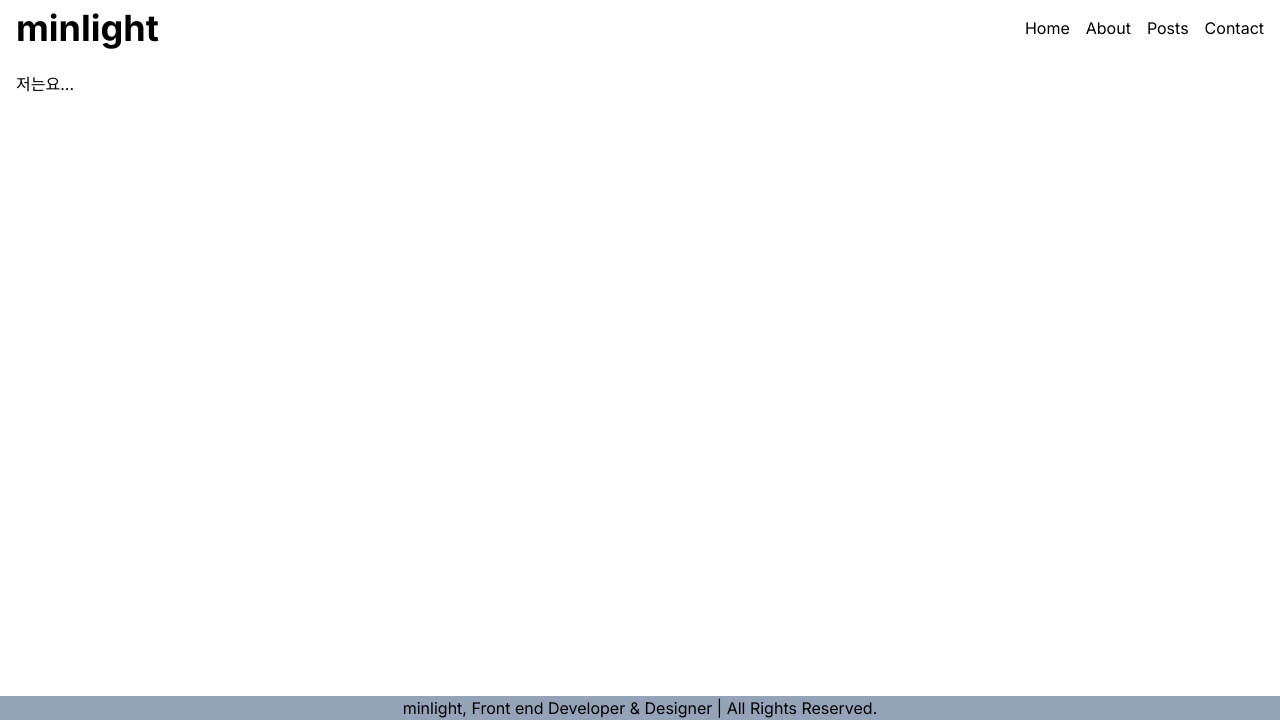
Repository: kwngmin/minlight-blog
Page: /about
These files come from the project's save history. The page is drawn as it stood at one moment and after the next save; the edit follows.
The browser window is 1280 px wide. The pictures show the whole page.
The project was rebuilt for these pictures with package versions that can differ from the ones it lists, and the page was loaded fresh each time. The framework's server and built-in components were replaced by stand-ins that run in the browser. Also part of the build but not shown: next.config.js.

Above is the page before, as saved 2023-03-30 16:46:25.

### src/app/layout.tsx
import Footer from "@/components/Footer";
import "./globals.css";
import { Inter } from "next/font/google";
import Header from "@/components/Header";

const inter = Inter({ subsets: ["latin"] });

export const metadata = {
  title: "Create Next App",
  description: "Generated by create next app",
};

export default function RootLayout({
  children,
}: {
  children: React.ReactNode;
}) {
  return (
    <html lang="en" className={inter.className}>
      <body className="flex flex-col w-full max-w-screen-2xl mx-auto">
        <Header />
        <main className="grow m-4">{children}</main>
        <Footer />
      </body>
    </html>
  );
}

### src/app/about/page.tsx
export default function AboutPage() {
  return <p>저는요...</p>;
}

### src/components/Footer.tsx
export default function Footer() {
  return (
    <p className="bg-slate-400 text-center">
      minlight, Front end Developer & Designer | All Rights Reserved.
    </p>
  );
}

### src/app/globals.css
@tailwind base;
@tailwind components;
@tailwind utilities;

* {
  box-sizing: border-box;
  padding: 0;
  margin: 0;
}

html,
body {
  height: 100vh;
  overflow-y: auto;
}

/*
:root {
  --max-width: 1100px;
  --border-radius: 12px;
  --font-mono: ui-monospace, Menlo, Monaco, "Cascadia Mono", "Segoe UI Mono",
    "Roboto Mono", "Oxygen Mono", "Ubuntu Monospace", "Source Code Pro",
    "Fira Mono", "Droid Sans Mono", "Courier New", monospace;

  --foreground-rgb: 0, 0, 0;
  --background-start-rgb: 214, 219, 220;
  --background-end-rgb: 255, 255, 255;

  --primary-glow: conic-gradient(
    from 180deg at 50% 50%,
    #16abff33 0deg,
    #0885ff33 55deg,
    #54d6ff33 120deg,
    #0071ff33 160deg,
    transparent 360deg
  );
  --secondary-glow: radial-gradient(
    rgba(255, 255, 255, 1),
    rgba(255, 255, 255, 0)
  );

  --tile-start-rgb: 239, 245, 249;
  --tile-end-rgb: 228, 232, 233;
  --tile-border: conic-gradient(
    #00000080,
    #00000040,
    #00000030,
    #00000020,
    #00000010,
    #00000010,
    #00000080
  );

  --callout-rgb: 238, 240, 241;
  --callout-border-rgb: 172, 175, 176;
  --card-rgb: 180, 185, 188;
  --card-border-rgb: 131, 134, 135;
}

@media (prefers-color-scheme: dark) {
  :root {
    --foreground-rgb: 255, 255, 255;
    --background-start-rgb: 0, 0, 0;
    --background-end-rgb: 0, 0, 0;

    --primary-glow: radial-gradient(rgba(1, 65, 255, 0.4), rgba(1, 65, 255, 0));
    --secondary-glow: linear-gradient(
      to bottom right,
      rgba(1, 65, 255, 0),
      rgba(1, 65, 255, 0),
      rgba(1, 65, 255, 0.3)
    );

    --tile-start-rgb: 2, 13, 46;
    --tile-end-rgb: 2, 5, 19;
    --tile-border: conic-gradient(
      #ffffff80,
      #ffffff40,
      #ffffff30,
      #ffffff20,
      #ffffff10,
      #ffffff10,
      #ffffff80
    );

    --callout-rgb: 20, 20, 20;
    --callout-border-rgb: 108, 108, 108;
    --card-rgb: 100, 100, 100;
    --card-border-rgb: 200, 200, 200;
  }
}

* {
  box-sizing: border-box;
  padding: 0;
  margin: 0;
}

html,
body {
  max-width: 100vw;
  overflow-x: hidden;
}

body {
  color: rgb(var(--foreground-rgb));
  background: linear-gradient(
      to bottom,
      transparent,
      rgb(var(--background-end-rgb))
    )
    rgb(var(--background-start-rgb));
}

a {
  color: inherit;
  text-decoration: none;
}

@media (prefers-color-scheme: dark) {
  html {
    color-scheme: dark;
  }
} */

### src/components/Header.tsx
import Link from "next/link";

export default function Header() {
  return (
    <div className="flex justify-between items-center mx-4 my-2">
      <Link href="/">
        <h1 className="text-4xl font-bold">minlight</h1>
      </Link>
      <nav className="flex gap-4">
        <Link href="/">Home</Link>
        <Link href="/about">About</Link>
        <Link href="/posts">Posts</Link>
        <Link href="/contact">Contact</Link>
      </nav>
    </div>
  );
}

Loaded but not shown: tailwind.config.js (common file)

After the next save:
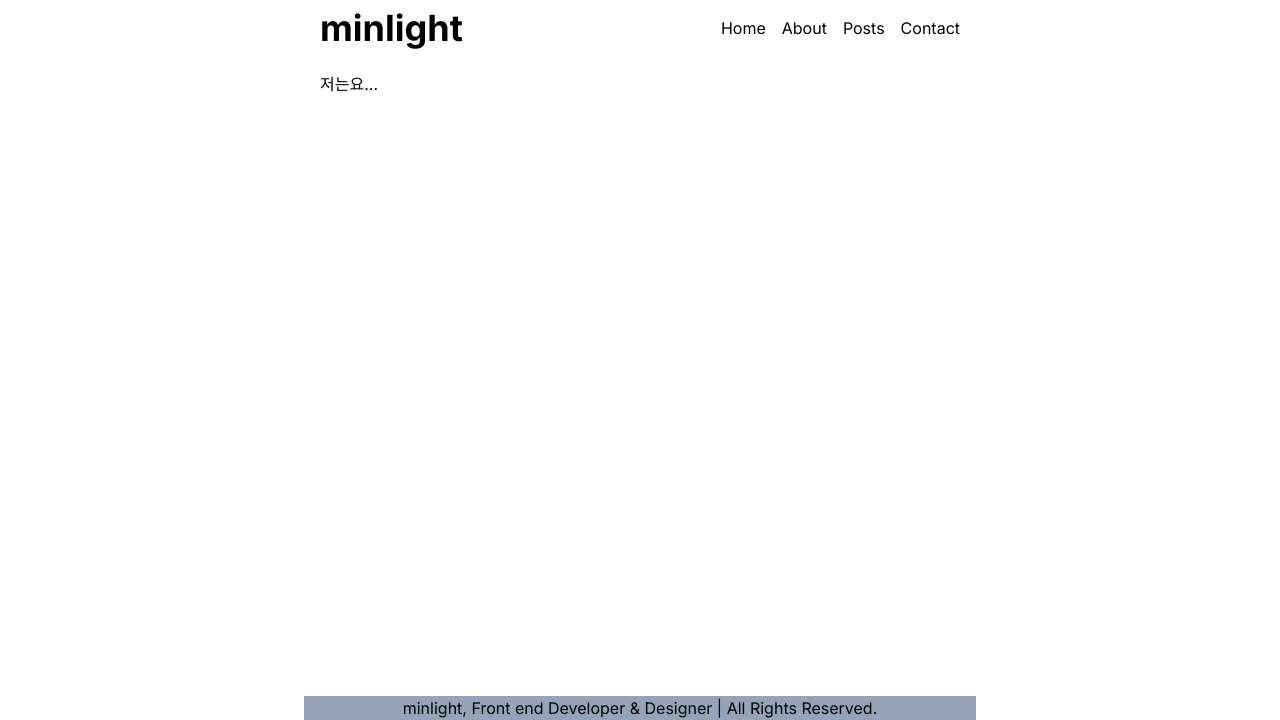
Saved 2 min 51 s later.
--- a/src/app/layout.tsx
+++ b/src/app/layout.tsx
@@ -17,7 +17,7 @@
 }) {
   return (
     <html lang="en" className={inter.className}>
-      <body className="flex flex-col w-full max-w-screen-2xl mx-auto">
+      <body className="flex flex-col w-full max-w-2xl mx-auto">
         <Header />
         <main className="grow m-4">{children}</main>
         <Footer />

After the save that followed:
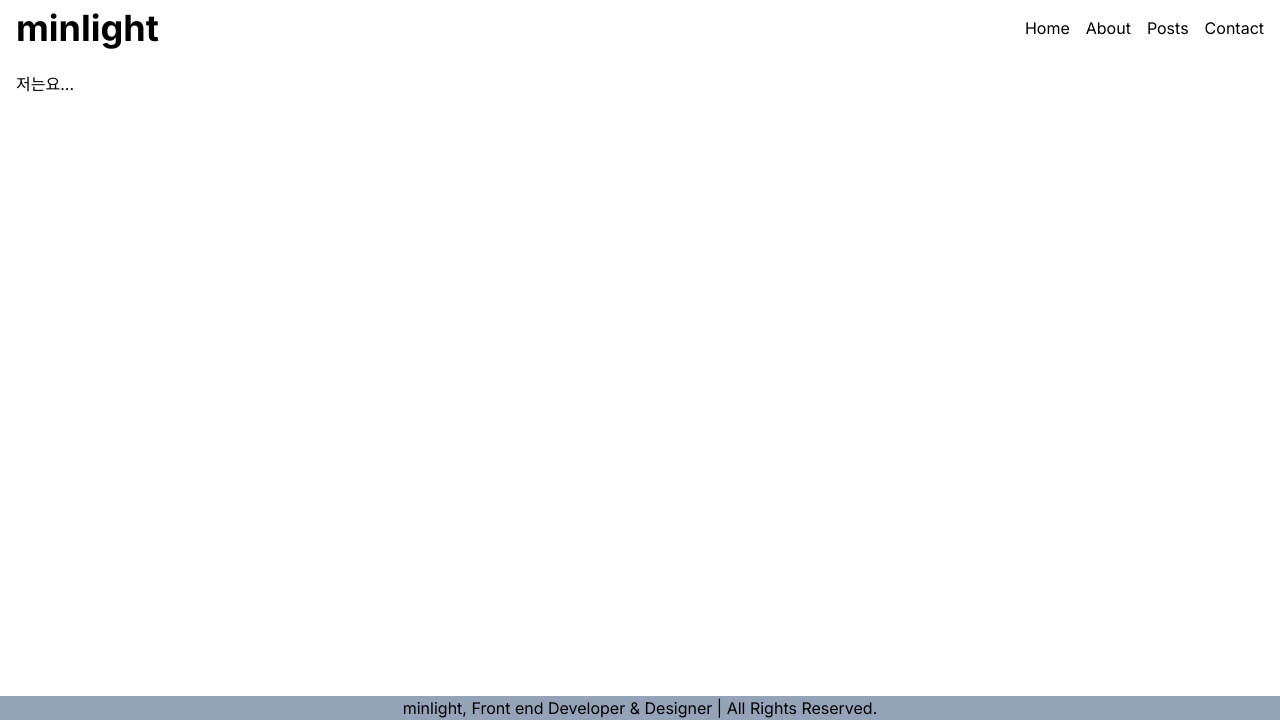
Saved 24 s later.
--- a/src/app/layout.tsx
+++ b/src/app/layout.tsx
@@ -17,7 +17,7 @@
 }) {
   return (
     <html lang="en" className={inter.className}>
-      <body className="flex flex-col w-full max-w-2xl mx-auto">
+      <body className="flex flex-col w-full max-w-screen-2xl mx-auto">
         <Header />
         <main className="grow m-4">{children}</main>
         <Footer />
